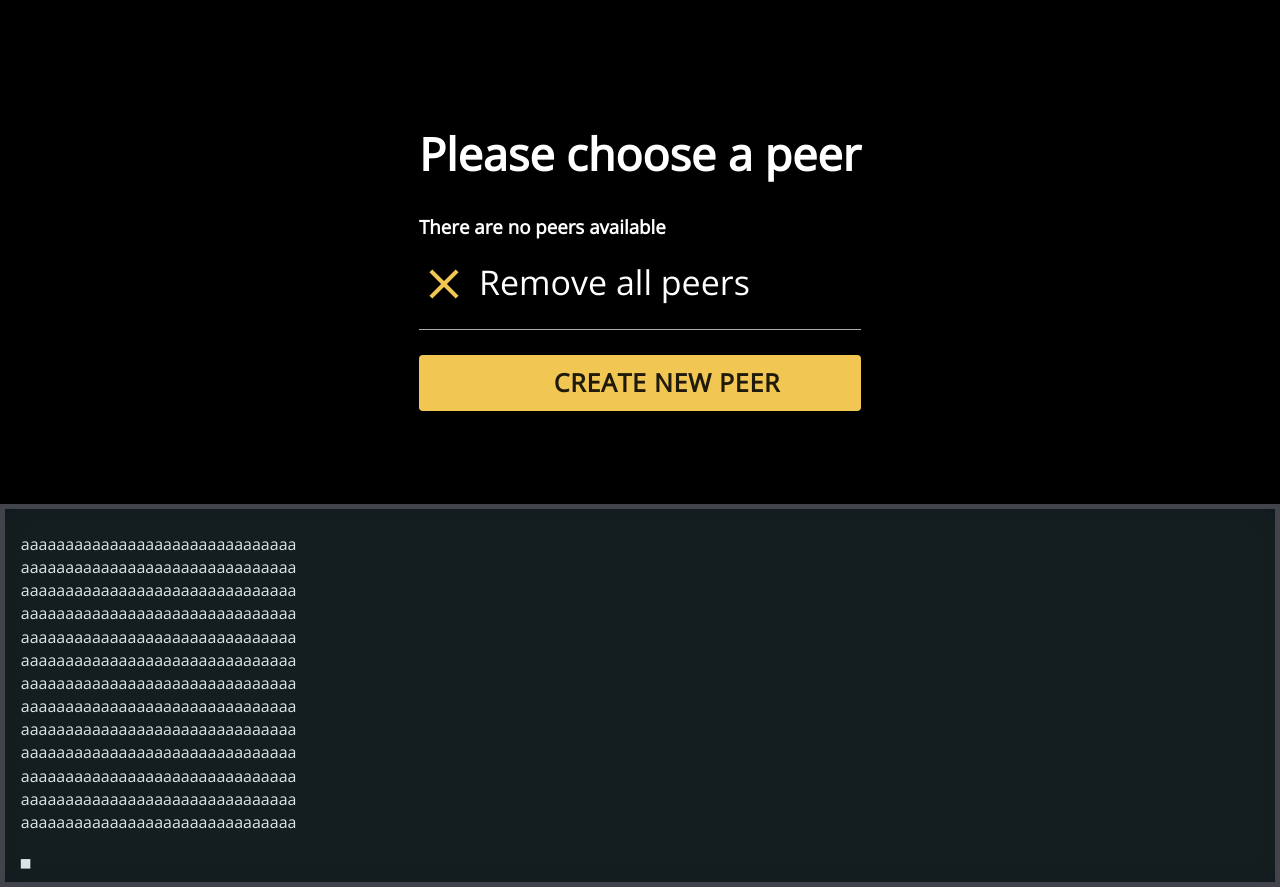
Repository: Bachdz/ASAP-Gui-Frontend
Page: /login
An editor plug-in stored every save of this project. The page is shown before and after the next save, followed by the edit.
The browser window is 1280 px wide. The pictures show the whole page.
The page's requests for data from a server got no answer. The project was rebuilt for these pictures with package versions that can differ from the ones it lists, and the page was loaded fresh each time. No one was signed in, and anything a server would have sent is missing. Also part of the build but not shown: src/css/loginscreen/Peer.css, src/components/fragments/Footer.js, src/components/mainscreen/subcomponents/Apps.js, src/css/mainscreen/Main.css, src/components/mainscreen/Main.js.

Above is the page before, as saved 2020-12-16 19:43:03.

After the next save:
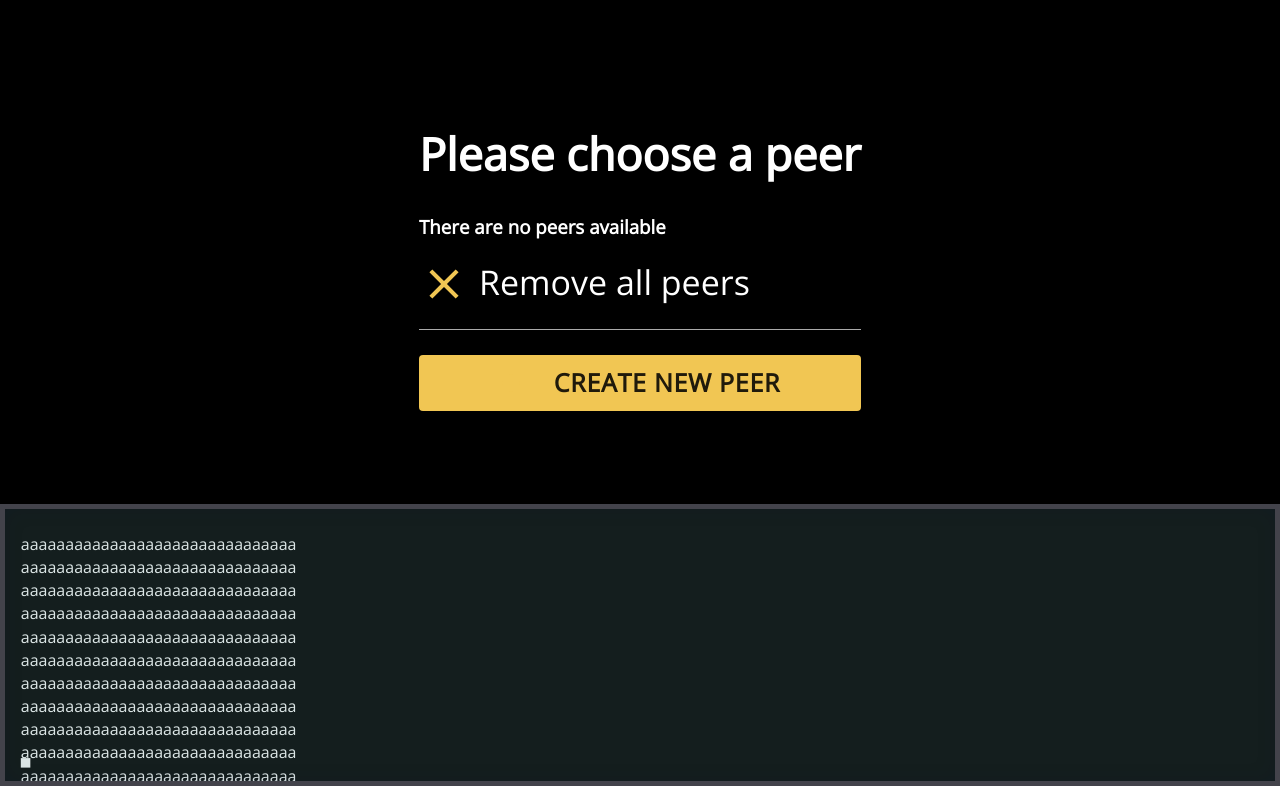
Saved 47 s later.
--- a/src/css/Terminal.css
+++ b/src/css/Terminal.css
@@ -82,7 +82,7 @@
 }
 
 .i-has-teh-code {
-    height: 30%;
+    height: 30vh;
     overflow-y: scroll;
     white-space: pre-wrap;
     background: #141e1e;
